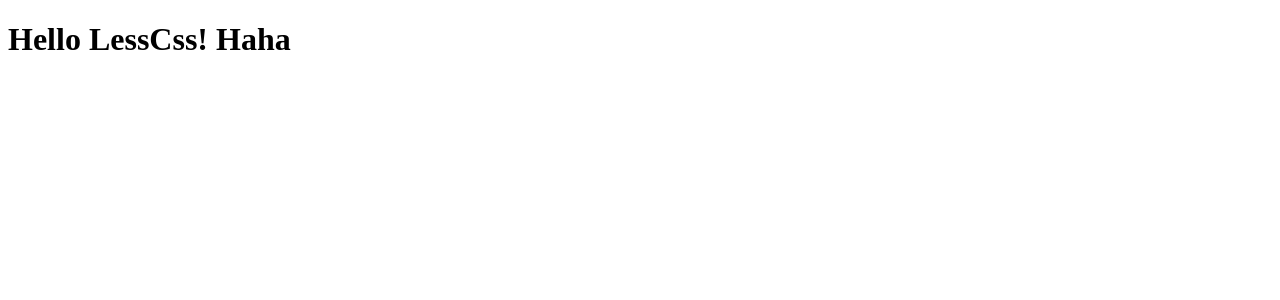
Repository: TechnicallyExplained/less-css-tutorial
Page: http://localhost/LessCss1/
These files come from the project's save history. The page is drawn as it stood at one moment and after the next save; the edit follows.
The browser window is 1280 px wide. The pictures show the whole page.
The page is served by Tomcat 9.

Above is the page before, as saved 2013-07-05 19:54:32.

### LessCss1/WebContent/index.html
<!DOCTYPE html>
<html>
<head>
<link href="style.css" rel="stylesheet" type="text/css">
<meta charset="US-ASCII">
<title>Hello LessCss</title>
</head>
<body>
<h1>Hello LessCss! Haha</h1>
</body>
</html>

### LessCss1/WebContent/style.css
@CHARSET "US-ASCII";

After the next save:
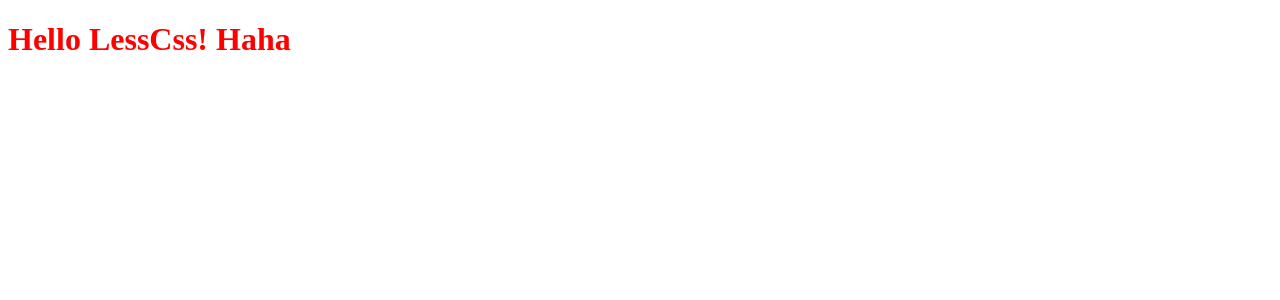
Saved 18 s later.
--- a/LessCss1/WebContent/style.css
+++ b/LessCss1/WebContent/style.css
@@ -1 +1,4 @@
 @CHARSET "US-ASCII";
+h1 {
+	color: red;
+}
